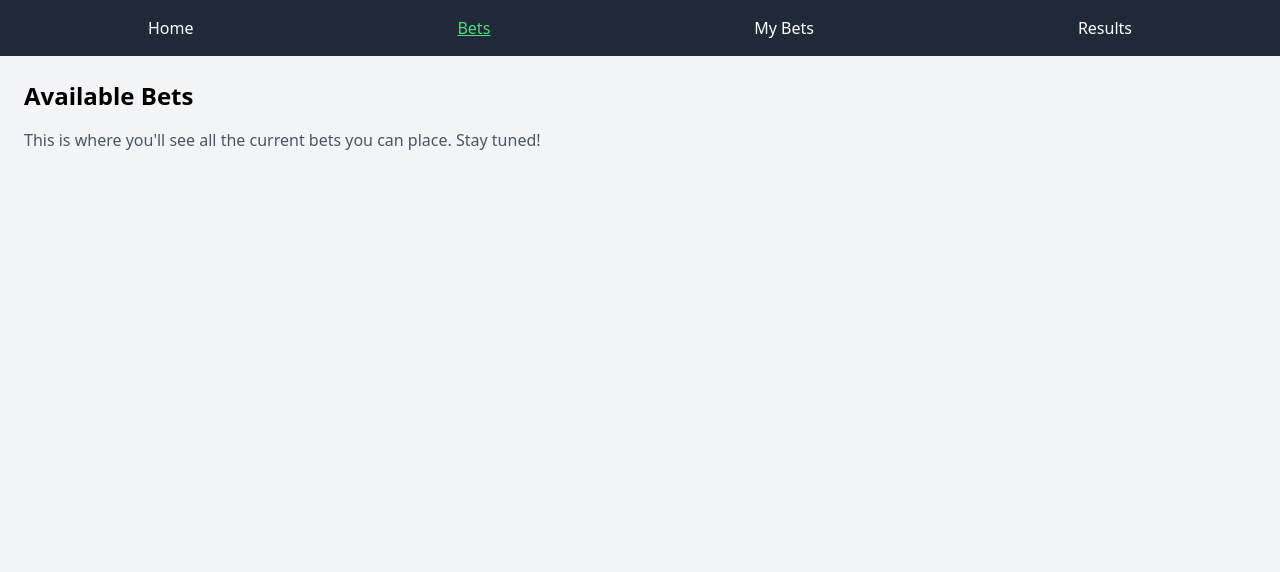
Repository: PEEZYBEE/cha-ching
Page: /bets
These files come from the project's save history. The page is drawn as it stood at one moment and after the next save; the edit follows.
The browser window is 1280 px wide. The pictures show the whole page.
The project was rebuilt for these pictures with package versions that can differ from the ones it lists, and the page was loaded fresh each time. Also part of the build but not shown: vite.config.js, src/pages/HomePage.jsx, src/pages/MyBetsPage.jsx, src/pages/ResultsPage.jsx.

Above is the page before, as saved 2025-04-20 01:19:31.

### src/main.jsx
import { StrictMode } from "react"
import { createRoot } from "react-dom/client"
import { BrowserRouter } from "react-router-dom"
import App from "./App"
import "./index.css"

createRoot(document.getElementById("root")).render(
  <StrictMode>
    <BrowserRouter>
      <App />
    </BrowserRouter>
  </StrictMode>
)

### src/App.jsx
import { Routes, Route } from "react-router-dom"
import Navbar from "./components/Navbar"
import HomePage from "./pages/HomePage"
import BetsPage from "./pages/BetsPage"
import MyBetsPage from "./pages/MyBetsPage"
import ResultsPage from "./pages/ResultsPage"

export default function App() {
  return (
    <div className="min-h-screen bg-gray-100">
      <Navbar />
      <div className="p-6">
        <Routes>
          <Route path="/" element={<HomePage />} />
          <Route path="/bets" element={<BetsPage />} />
          <Route path="/my-bets" element={<MyBetsPage />} />
          <Route path="/results" element={<ResultsPage />} />
        </Routes>
      </div>
    </div>
  )
}

### src/components/Navbar.jsx
import { NavLink } from "react-router-dom";

const linkClasses = ({ isActive }) =>
  isActive ? "underline text-green-400" : "hover:underline";

export default function Navbar() {
  return (
    <nav className="bg-gray-800 text-white p-4 flex justify-around">
      <NavLink to="/" className={linkClasses}>Home</NavLink>
      <NavLink to="/bets" className={linkClasses}>Bets</NavLink>
      <NavLink to="/my-bets" className={linkClasses}>My Bets</NavLink>
      <NavLink to="/results" className={linkClasses}>Results</NavLink>
    </nav>
  );
}

### src/pages/BetsPage.jsx
export default function BetsPage() {
    return (
      <div>
        <h2 className="text-2xl font-bold mb-4">Available Bets</h2>
        <p className="text-gray-600">This is where you'll see all the current bets you can place. Stay tuned!</p>
      </div>
    );
  }

Loaded but not shown: index.html (common file); src/index.css (common file); tailwind.config.js (common file)

After the next save:
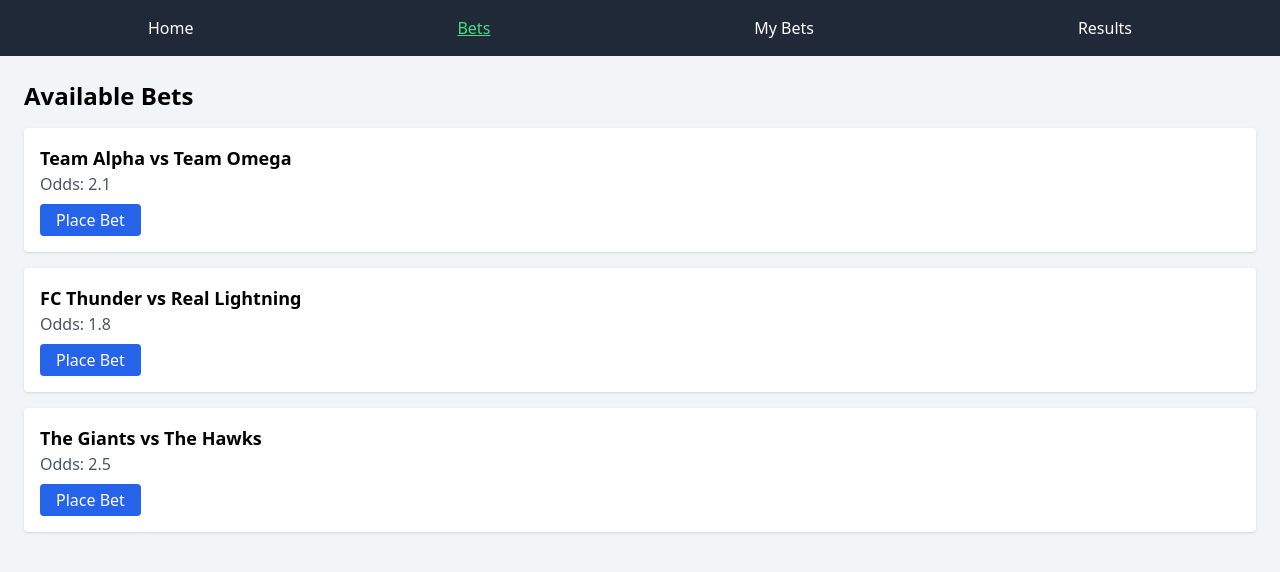
Saved 59 s later.
--- a/src/pages/BetsPage.jsx
+++ b/src/pages/BetsPage.jsx
@@ -1,8 +1,26 @@
+import { useState } from "react";
+
 export default function BetsPage() {
-    return (
-      <div>
-        <h2 className="text-2xl font-bold mb-4">Available Bets</h2>
-        <p className="text-gray-600">This is where you'll see all the current bets you can place. Stay tuned!</p>
-      </div>
-    );
-  }
+  const [bets, setBets] = useState([
+    { id: 1, match: "Team Alpha vs Team Omega", odds: 2.1 },
+    { id: 2, match: "FC Thunder vs Real Lightning", odds: 1.8 },
+    { id: 3, match: "The Giants vs The Hawks", odds: 2.5 },
+  ]);
+
+  return (
+    <div>
+      <h2 className="text-2xl font-bold mb-4">Available Bets</h2>
+      <ul className="space-y-4">
+        {bets.map((bet) => (
+          <li key={bet.id} className="bg-white p-4 rounded shadow">
+            <p className="text-lg font-semibold">{bet.match}</p>
+            <p className="text-gray-600">Odds: {bet.odds}</p>
+            <button className="mt-2 px-4 py-1 bg-blue-600 text-white rounded hover:bg-blue-700">
+              Place Bet
+            </button>
+          </li>
+        ))}
+      </ul>
+    </div>
+  );
+}
